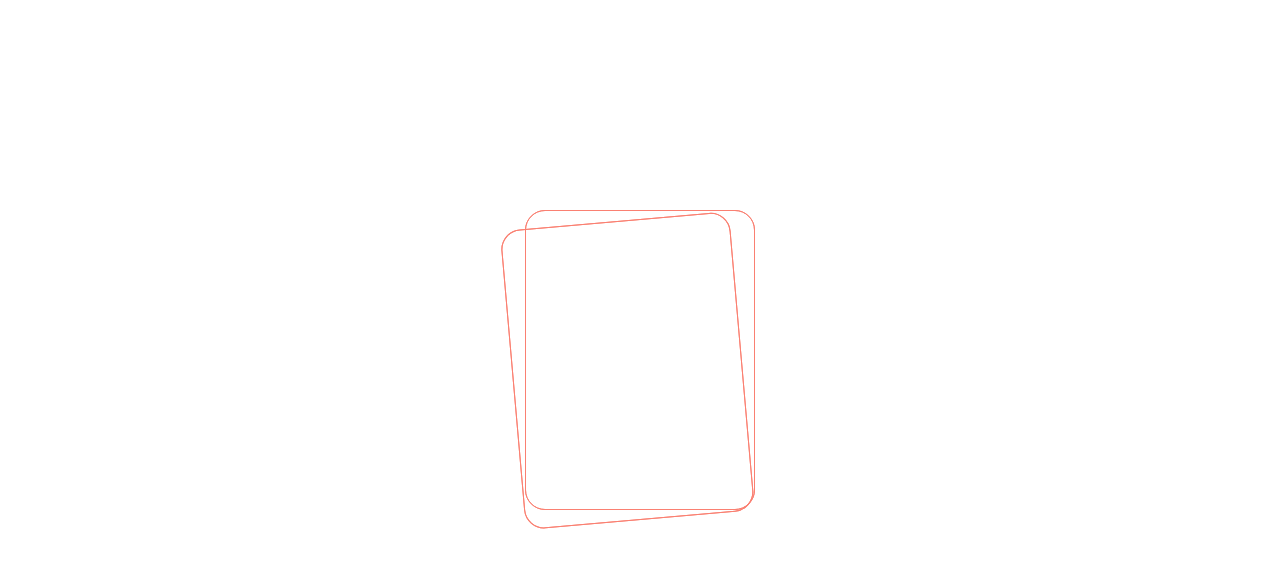
Repository: Chiranshukapil/html_css
Page: cards/index.html
The author's editor kept a copy of each file at every save. The page is drawn from the files as they stood at one save, then again after a run of saves.
The browser window is 1280 px wide. The pictures show the whole page.

Above is the page before, as saved 2024-06-08 23:41:19.

### cards/index.html
<!DOCTYPE html>
<html lang="en">
    <head>
        <meta charset="UTF-8">
        <meta name="viewport" content="width=device-width, initial-scale=1.0">
        <title>Pokemon Cards</title>
        <link rel="stylesheet" href="style.css">
    </head>
    <body>
        <div id="main">
            <div id="card1" class="card"></div>
            <div id="card2" class="card"></div>
            <div id="card3" class="card"></div>
            <div id="card4" class="card"></div>

        </div>
    </body>
</html>

### cards/style.css
*{
    margin: 0%;
    padding: 0%;
    box-sizing: border-box;
}

html,body{
    height: 100%;
    width: 100%;

}

#main{
    width: 100%;
    height: 100%;
    /* display: flex;
    align-items: center;
    justify-content: center; */
}

.card{
    position: absolute;
    top: 50%;
    left: 50%;
    transform: translate(-50%,-50%);
    height: 300px;
    width: 230px;
    border: 1px solid salmon;
    border-radius: 20px;

}

#card1{

}
#card2{
    rotate: -5deg;
}
#card3{
    rotate: -5deg;
}
#card4{

}

After the next 2 saves:
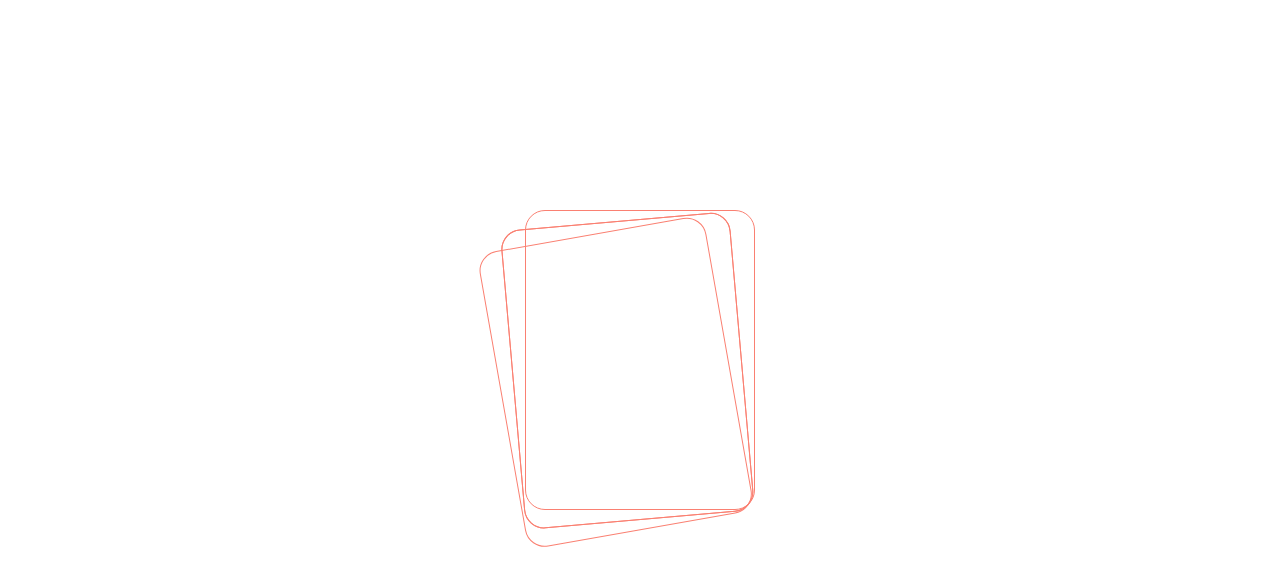
The 2 saves are shown as one change because they came seconds apart.
The last was saved 7 s later.
--- a/cards/style.css
+++ b/cards/style.css
@@ -37,8 +37,8 @@ html,body{
     rotate: -5deg;
 }
 #card3{
+    rotate: -10deg;
+}
+#card4{
     rotate: -5deg;
 }
-#card4{
-
-}
